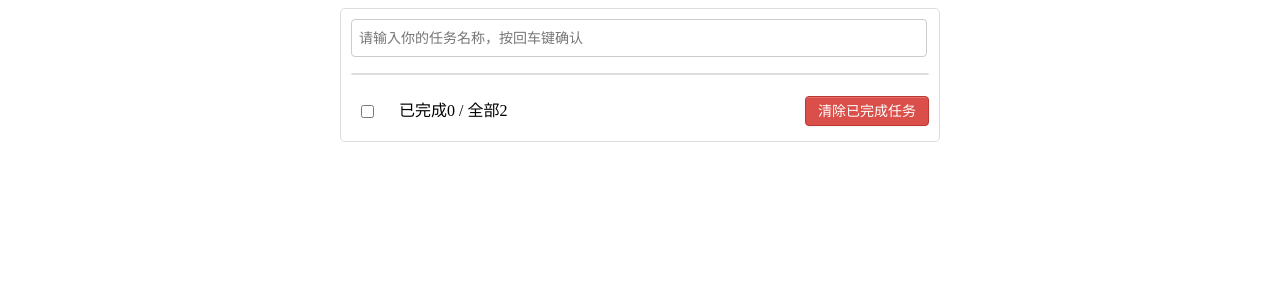
Repository: WAY-C/TodoListAPP
Page: / (app in todo_list/)
These files come from the project's save history. The page is drawn as it stood at one moment and after the next save; the edit follows.
The browser window is 1280 px wide. The pictures show the whole page.
The project was rebuilt for these pictures with package versions that can differ from the ones it lists, and the page was loaded fresh each time.

Above is the page before, as saved 2021-09-09 16:57:12.

After the next save:
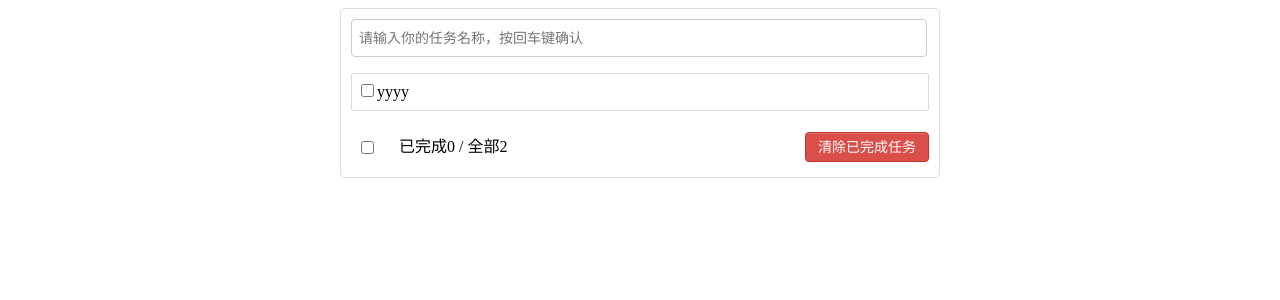
Saved 5 s later.
--- a/todo_list/src/components/TodoList.vue
+++ b/todo_list/src/components/TodoList.vue
@@ -5,10 +5,10 @@
 </template>
 
 <script>
-// import TodoItem from "./TodoItem";
+import TodoItem from "./TodoItem";
 export default {
   name: "TodoList",
-  // components: { TodoItem },
+  components: { TodoItem },
 };
 </script>
 
